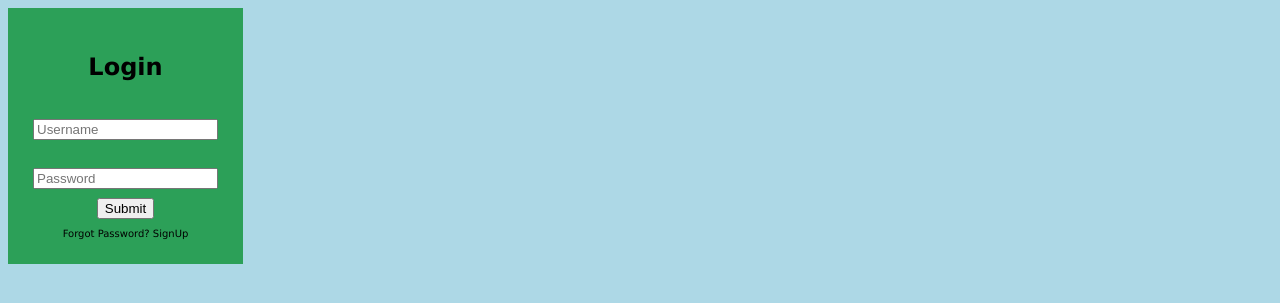
Repository: busra-kayaa/LoginPage
Page: login.html
These files come from the project's save history. The page is drawn as it stood at one moment and after the next save; the edit follows.
The browser window is 1280 px wide. The pictures show the whole page.

Above is the page before, as saved 2023-12-28 20:02:45.

After the next save:
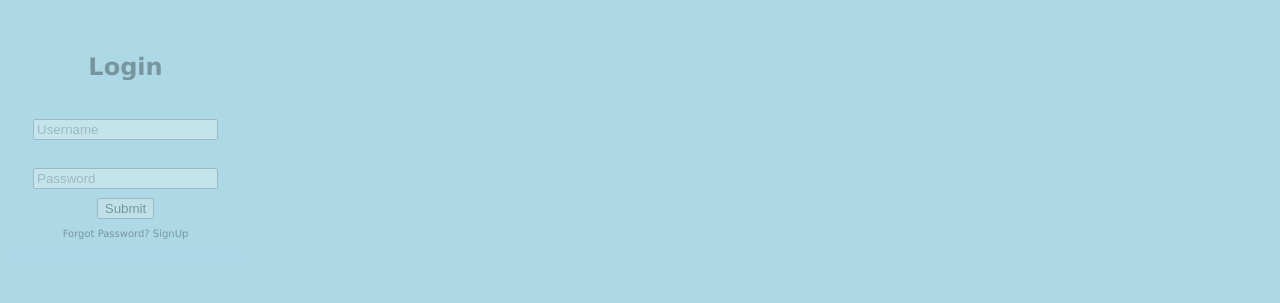
Saved 34 s later.
--- a/style.css
+++ b/style.css
@@ -7,7 +7,8 @@ body {
 }
 
 .login-from-container {
-    background-color: rgb(44, 160, 88);
+    background-color: lightblue;
+    opacity: 0.3;
     display: flex;
     flex-direction: column;
     align-items: center;
